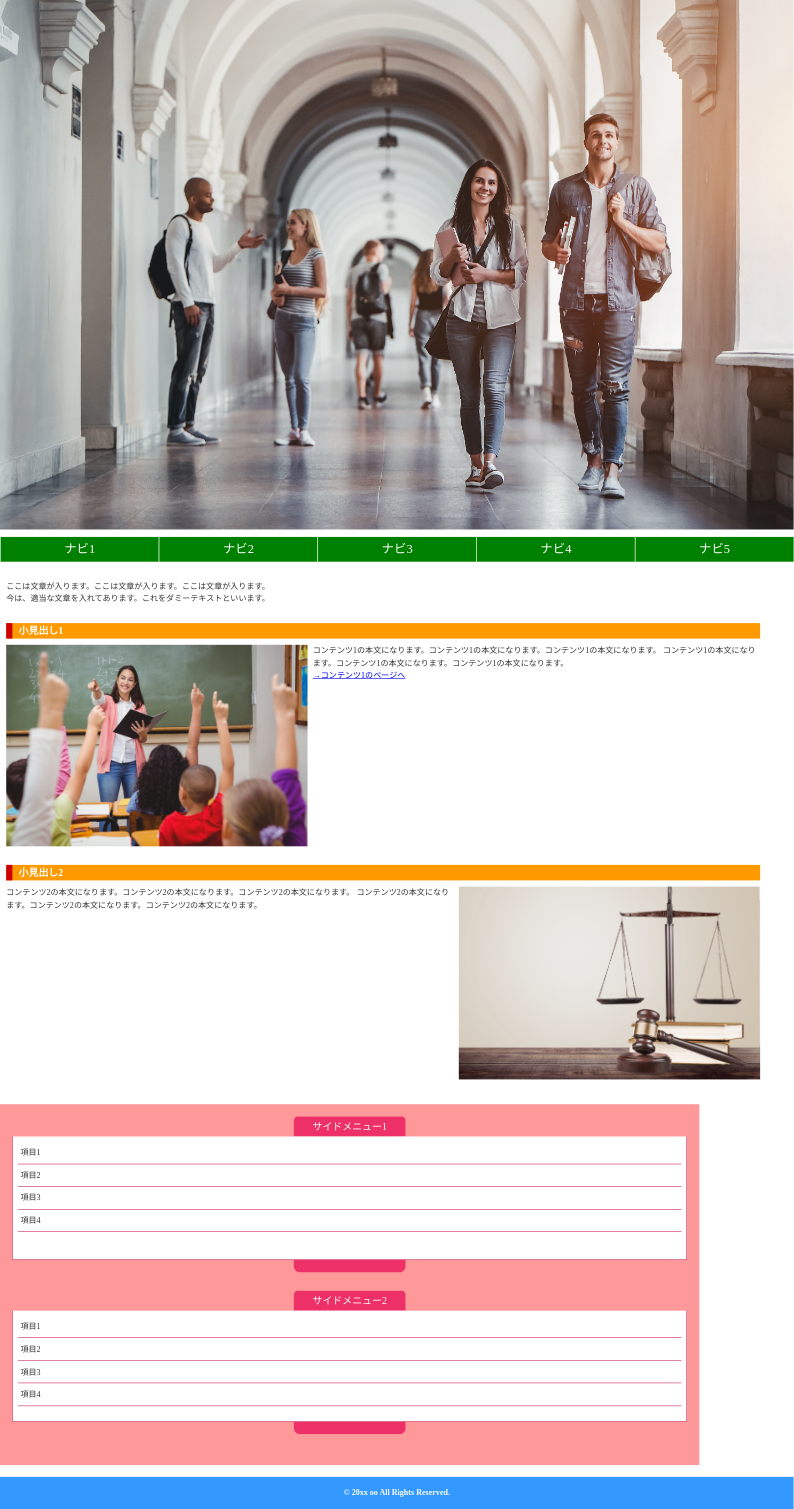
Repository: hrhrsor/samurai_HTML-CSS
Page: home.html
The author's editor kept a record of every edit. The page is drawn from the files as they stood at one moment, then again after the next edit.
The browser window is 1280 px wide. The pictures show the whole page, at 62% of full size.

Above is the page before.

### home.html
<!DOCTYPE html>
<html lang="ja">
    <head>
        <meta charset="UTF-8">
        <title>HTML/CSSの学習</title>
        <link rel="stylesheet" href="stylesheet.css">
    </head>
    <body>
         <div id="header">
             <h1><a href="index.html"><img id="corridor" src="images/corridor.jpg" alt="大学の廊下" /></a></h1>
         </div>
         <div id="wrapper">
            <div id="nav">
                <ul>
                    <li><a href="home.html">ナビ1</a></li>
                    <li><a href="#">ナビ2</a></li>
                    <li><a href="#">ナビ3</a></li>
                    <li><a href="#">ナビ4</a></li>
                    <li><a href="#">ナビ5</a></li>
                </ul>
            </div>
            <div id="container">
                 <div id="main">
                     <div class="post">
                         <p>ここは文章が入ります。ここは文章が入ります。ここは文章が入ります。<br />今は、適当な文章を入れてあります。これをダミーテキストといいます。</p>
                     </div>
                     <div class="post clearfix">
                         <h2>小見出し1</h2>
                         <img class="left" src="images/classroom.jpg" alt="授業風景" />
                         <p>
                             コンテンツ1の本文になります。コンテンツ1の本文になります。コンテンツ1の本文になります。
                             コンテンツ1の本文になります。コンテンツ1の本文になります。コンテンツ1の本文になります。
                         </p>
                         <p><a href="#">→コンテンツ1のページへ</a></p>
                     </div>
                     <div class="post clearfix">
                         <h2>小見出し2</h2>
                         <img class="right" src="images/scale.jpg" alt="天秤" />
                         <p>
                             コンテンツ2の本文になります。コンテンツ2の本文になります。コンテンツ2の本文になります。
                             コンテンツ2の本文になります。コンテンツ2の本文になります。コンテンツ2の本文になります。
                         </p>
                     </div>
                 </div>
                 <div id="side">
                     <div class="box">
                         <h2>サイドメニュー1</h2>
                         <div class="boxBody">
                             <ul>
                                <li>項目1</li>
                                <li>項目2</li>
                                <li>項目3</li>
                                <li>項目4</li>
                          　</ul>
                         </div>
                     </div>
                     <div class="box">
                     <h2>サイドメニュー2</h2>
                     <div class="boxBody">
                         <ul>
                             <li>項目1</li>
                             <li>項目2</li>
                             <li>項目3</li>
                             <li>項目4</li>
                         </ul>
                     </div>
                 </div>
            </div>
      　</div>
        <div id="footer">
            <p>&copy; 20xx oo All Rights Reserved.</p>
        </div>
    </body>
</html>

### stylesheet.css
@charset "utf-8";

body {
       margin: 0;
       padding: 0;
       font-family: "ヒラギノ角ゴ　pro W3","hiragino kaku gothic Pro","メイリオ",meiryo, osaka, "ＭＳ　Ｐゴシック","MS Pgothic", sans-seif;
       color: #333;
       font-size: 13px;
       line-height: 150%;

}

/*--------------------wrapper------------------*/
#wrapper {
        width: 100%;
        margin: auto;
        padding: 0px;
        border: 0px;
        background-color: #FFF;
        top: 10px;
        position: relative;
}

/*-------------------header----------------------*/
#header {
    width: 100%;
}
#header h1 {
       margin: 0;
       padding: 0;
}

#corridor {
      width: 100%;
      height: auto;
}

/*---------------------------footer----------------*/
#footer {
    clear: both;
    width: 100%;
    padding: 3px 0 3px 0;
    background: #39F;
    color: #FFF;
    font-weight: bold;
    text-align: center;
}

/*-----------------------------nav--------------------*/
#nav {
        width: 100%
}
#nav ul {
     display: flex;
        margin:0;
        padding: 0;
        list-style-type: none;
}
#nav ul li {
        width: 20%;
        text-align: center;
}

#nav ul li a {
        display: block;
        height: 20px;
        margin: 0;
        padding: 10px;
        color: #FFF;
        font-size: 20px;
        text-decoration: none;
        background-color: green;
    border-left: 1px solid white;
}
#nav ul li a:hover {
       filter: drop-shadow(10px 10px 10px black)
}

/*------------------container------------------*/
#container {
       width: 100%;
       margin: auto ;
       padding-top: 20px;
       clear: both;
     display: grid;
     grid-tempale-columns: 70 vw 30vw;
}
/*----------------------------main-----------------------*/
#main {
     width: 95%;
       padding: 10px 30px 10px 10px;
}
#main h2 {
       margin:0 0 10px 0;
       padding: 3px 10px 3px 10px;
       color: #FFF;
       font-size: 16px;
       border-left: solid 10px #C00;
       background-color: #f90;
}
#main p {
       margin: 0;
       padding: 0;
}
#main .post {
       margin: 0 0 30px 0;
}
#main .post img.right {
       margin: 0 0 0 8px;
}
#main .post img.left {
       margin: 0 8px 0 0;
}

.right {
       float: right;
       width: 40%;
       height: auto;
}
.left {
       float: left;
       width: 40%;
       height: auto;
}

/*----------------------------clearfix------------------*/
.clearfix {
       zoom: 1;
}
.clearfix:after{
       content: "";
       display: block;
       clear: both;
}

/*-----------------------------side---------------------*/
#side {
     width: 85%;
       padding: 20px;
       background-color: #F99;
}
#side .box {
       margin: 0 auto 30px auto;
       padding: 0 0 20px 0;
       background: url(images/side_box.png) bottom no-repeat;
}
#side .box h2 {
       margin: 0;
       padding: 8px;
       text-align: center;
       color: #fff;
       font-size: 16px;
       line-height: 16px;
       font-weight: normal;
       background: url(images/side_box_h2.png) center no-repeat;
}
#side .box .boxBody {
       padding: 8px;
       border-right: solid 1px #C36;
       border-bottom: solid 1px #C36;
       border-left: solid 1px #C36;
       background: #fff;
}
#side .box .boxBody ul {
       margin: 0 0 16px 0;
       padding: 0;
}
#side .box .boxBody ul li {
       padding: 8px 0 8px 4px;
       list-style: none;
       border-bottom: solid 1px #C36;
}

#side .box .boxBody ul li:hover {
            padding: 8px 0 8px 4px;
            list-style: none;
            border-bottom: solid 1px #C36;
            box-shadow: 0px 4px 4px rgba(0, 0, 0, 0.3);
}

After the next edit:
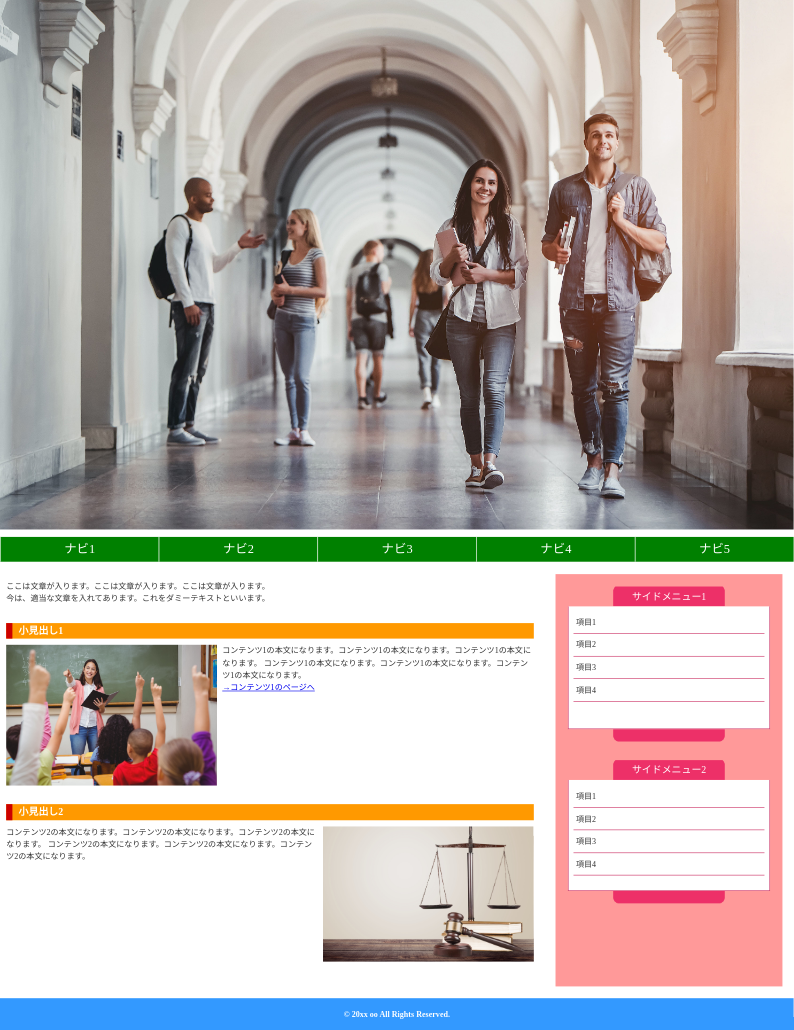
The edit:
--- a/stylesheet.css
+++ b/stylesheet.css
@@ -83,7 +83,7 @@
        padding-top: 20px;
        clear: both;
      display: grid;
-     grid-tempale-columns: 70 vw 30vw;
+     grid-template-columns: 70vw 30vw;
 }
 /*----------------------------main-----------------------*/
 #main {
